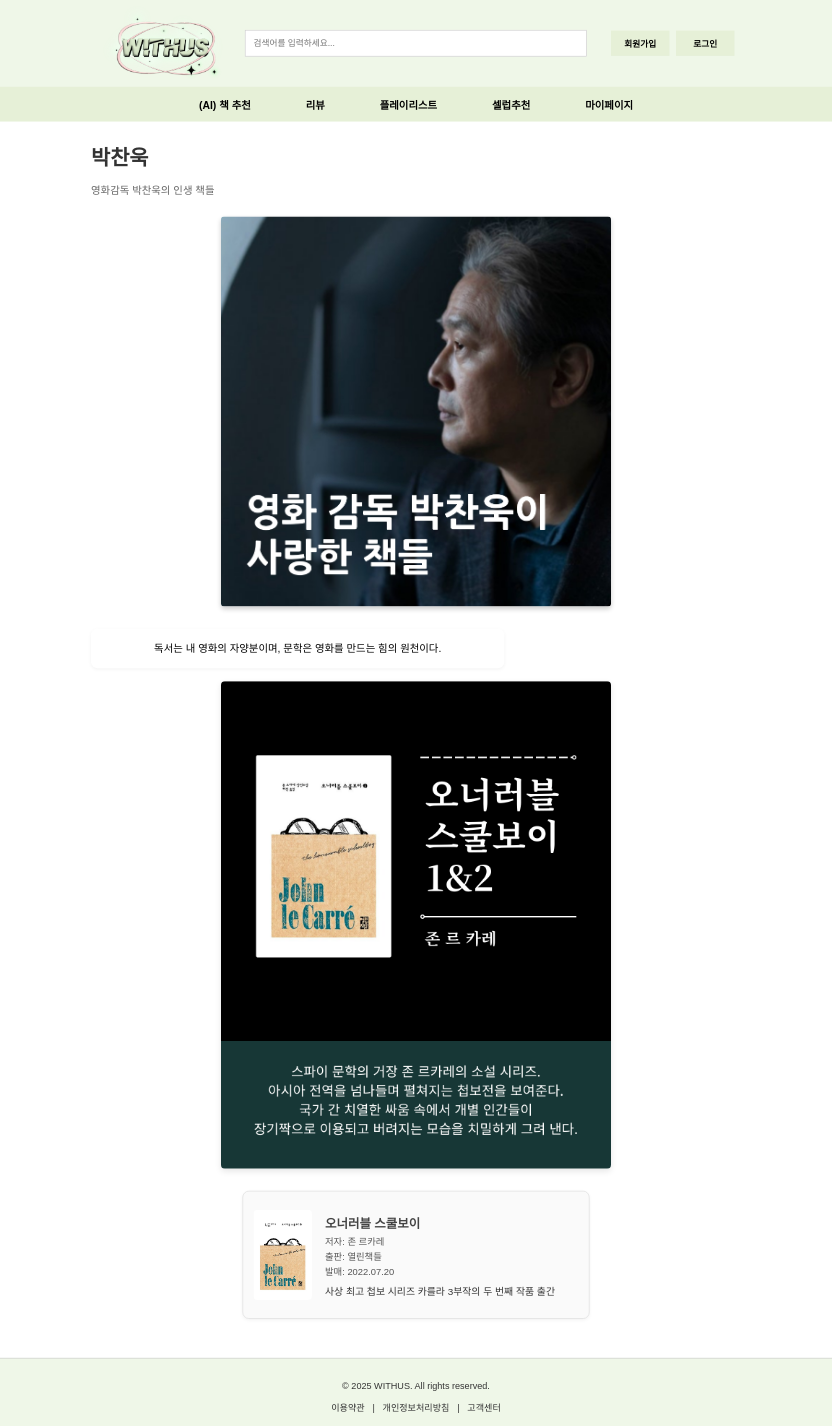
Repository: book-recommendation-team/book_recommendation_web_project
Page: http://localhost/2025_teamproject/celebDetail
The author's editor kept a copy of each file at every save. The page is drawn from the files as they stood at one save, then again after the next save.
The browser window is 1280 px wide. The pictures show the whole page, at 65% of full size.
The page is served by Tomcat 9.

Above is the page before, as saved 2025-07-03 03:06:10.

After the next save:
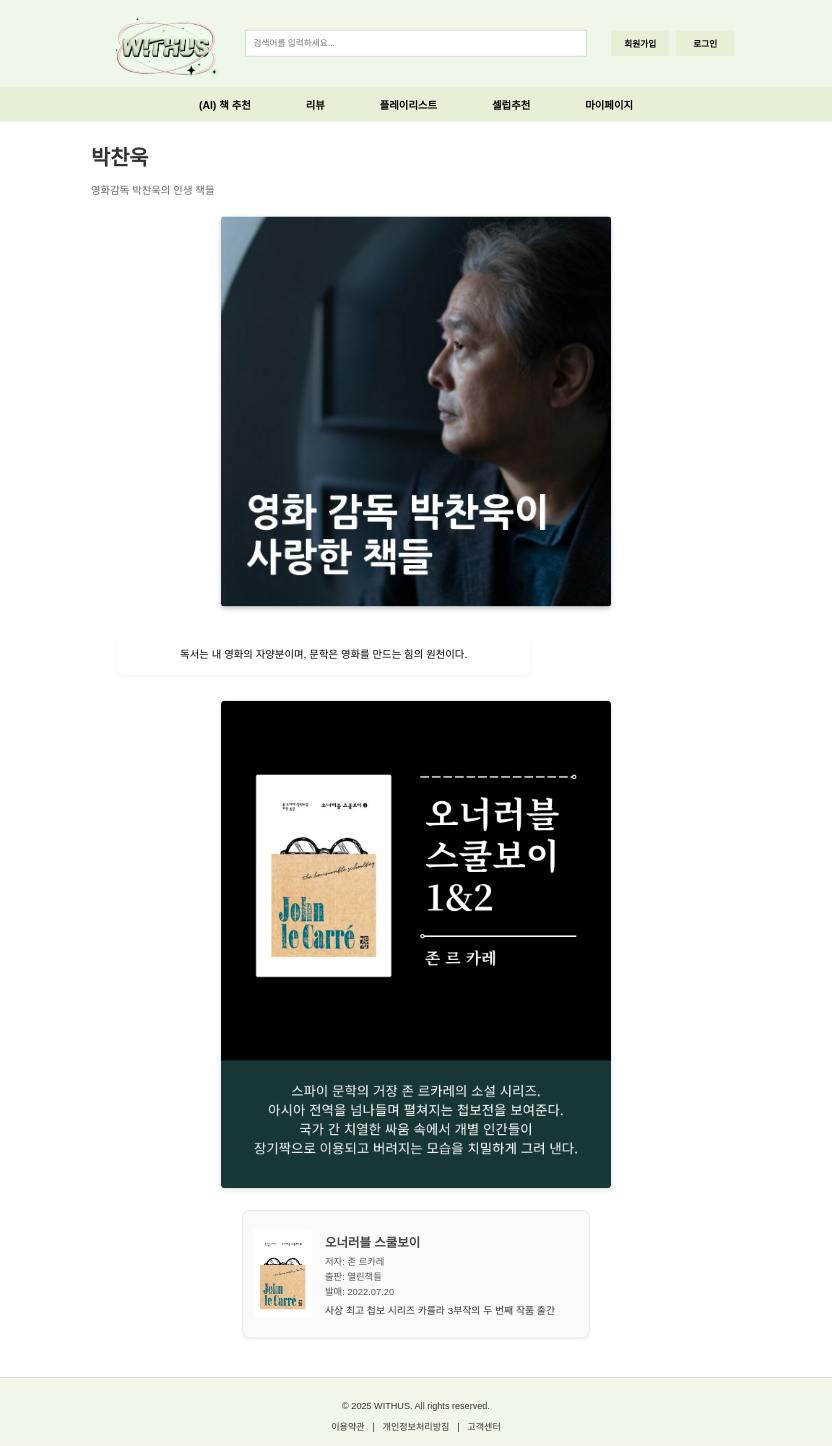
Saved 78 s later.
--- a/2025_teamproject/src/main/webapp/celebDetail.jsp
+++ b/2025_teamproject/src/main/webapp/celebDetail.jsp
@@ -91,7 +91,7 @@
 	background-color: #fff;
 	border-radius: 10px;
 	padding: 18px;
-	margin-bottom: 20px;
+	margin: 40px;
 	font-size: 1rem;
 	line-height: 1.6;
 	box-shadow: 0 2px 6px rgba(0, 0, 0, 0.05);
